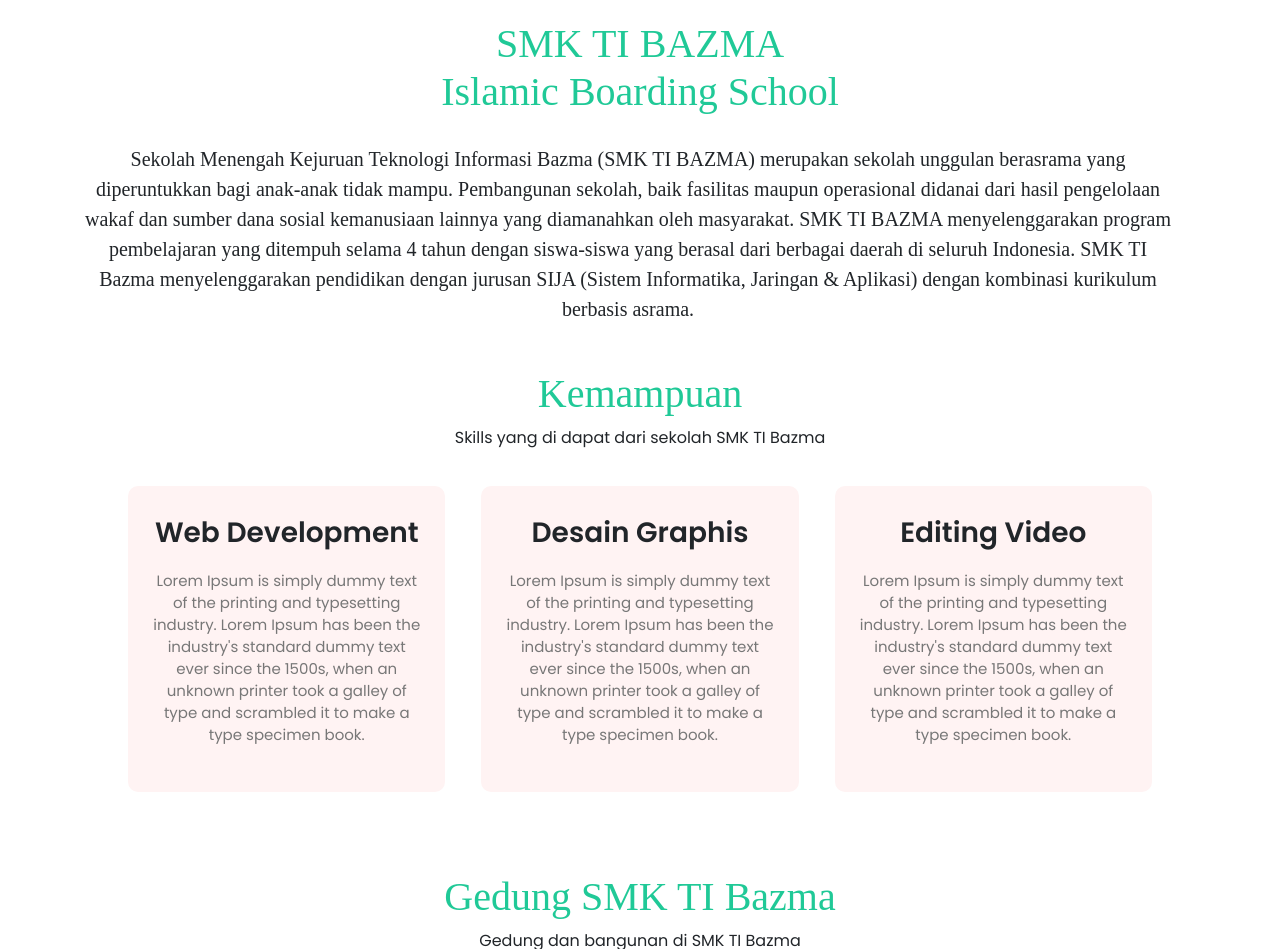
Repository: farhannurrahmat/Landing-Page-School
Page: index.html
An editor plug-in stored every save of this project. The page is shown before and after a run of saves, followed by the edit.
The browser window is 1280 px wide. The pictures show the part of the page from y = 720 to 1669 px (the page is 4174 px tall before and 4204 px after).
A picture or video elsewhere on the page could not be fetched, so the positions and the page height are approximate.

Above is the page before, as saved 2024-01-31 08:44:16.

### index.html
<!DOCTYPE html>
<html lang="en">

<head>

  <meta charset="UTF-8">
  <meta http-equiv="X-UA-Compatible" content="IE=edge">
  <meta name="viewport" content="width=device-width, initial-scale=1.0">
  <title>SMK TI BAZMA</title>
  <link rel="stylesheet" href="css/style.css">
  <link rel="stylesheet"
    href="https://cdn.jsdelivr.net/npm/@fortawesome/fontawesome-free@6.2.1/css/fontawesome.min.css">
  <link href="https://cdn.jsdelivr.net/npm/bootstrap@5.0.2/dist/css/bootstrap.min.css" rel="stylesheet"
    integrity="sha384-EVSTQN3/azprG1Anm3QDgpJLIm9Nao0Yz1ztcQTwFspd3yD65VohhpuuCOmLASjC" crossorigin="anonymous">
  <link rel="stylesheet" href="fontawesome-free-6.3.0-web/fontawesome-free-6.3.0-web/css/all.css">
  <link href="https://fonts.googleapis.com/css2?family=Poppins:wght@100;200;300;400;500;600;700;800;900&display=swap"
    rel="stylesheet">
  <link rel="stylesheet" type="text/css"
    href="https://cdnjs.cloudflare.com/ajax/libs/font-awesome/5.15.1/css/all.min.css" />

</head>

<body>
  <!-- Navbar -->
  <section class="header">
    <nav>
      <a href="index.html"><img src="img/Bazma.png"></a>
      <div class="nav-links" id="navLinks">
    </nav>

    <!-- Banner -->
    <div class="text-box">
      <h1>SMK TI BAZMA</h1>
      <p>Sekolah Cerdas, Jago IT, & Pinter Ngaji</p>
      <a href="/about.html" class="hero-btn">Selengkapnya</a>
    </div>
  </section>

  <!-- Deskripsi -->
  <div class="container text-center">
    <div class="row ">
      <div class="col">
        <h1>SMK TI BAZMA<br>Islamic Boarding School</h1>
      </div>
      <div class="row">
        <div class="col ">
          <p>Sekolah Menengah Kejuruan Teknologi Informasi Bazma (SMK TI BAZMA) merupakan sekolah unggulan berasrama
            yang diperuntukkan bagi anak-anak tidak mampu. Pembangunan sekolah, baik fasilitas maupun operasional
            didanai dari hasil pengelolaan wakaf dan sumber dana sosial kemanusiaan lainnya yang diamanahkan oleh
            masyarakat.

            SMK TI BAZMA menyelenggarakan program pembelajaran yang ditempuh selama 4 tahun dengan siswa-siswa yang
            berasal dari berbagai daerah di seluruh Indonesia. SMK TI Bazma menyelenggarakan pendidikan dengan jurusan
            SIJA (Sistem Informatika, Jaringan & Aplikasi) dengan kombinasi kurikulum berbasis asrama.</p>
        </div>
      </div>
    </div>
  </div>

  <!-- Postingan -->
  <section class="course">
    <h1>Kemampuan</h1>
    <p>Skills yang di dapat dari sekolah SMK TI Bazma</p>

    <div class="row1">
      <div class="course-col1">
        <h3>Web Development</h3>
        <p>Lorem Ipsum is simply dummy text of the printing and typesetting industry. Lorem Ipsum has been the
          industry's standard dummy text ever since the 1500s, when an unknown printer took a galley of type and
          scrambled it to make a type specimen book.</p>
      </div>

      <div class="course-col1">
        <h3>Desain Graphis</h3>
        <p>Lorem Ipsum is simply dummy text of the printing and typesetting industry. Lorem Ipsum has been the
          industry's standard dummy text ever since the 1500s, when an unknown printer took a galley of type and
          scrambled it to make a type specimen book.</p>
      </div>

      <div class="course-col1">
        <h3>Editing Video</h3>
        <p>Lorem Ipsum is simply dummy text of the printing and typesetting industry. Lorem Ipsum has been the
          industry's standard dummy text ever since the 1500s, when an unknown printer took a galley of type and
          scrambled it to make a type specimen book.</p>
      </div>
    </div>
  </section>

  <!-- Gedung -->
  <section class="campus">
    <h1>Gedung SMK TI Bazma</h1>
    <p>Gedung dan bangunan di SMK TI Bazma </p>

    <div class="row">
      <div class="col-sm-4">
        <div class="campus-col">
          <img src="./img/london.png">
          <div class="layer">
            <h3>Gedung 1</h3>
          </div>
        </div>
      </div>

      <div class="col-sm-4">
        <div class="campus-col">
          <img src="./img/newyork.png">
          <div class="layer">
            <h3>Gedung 2</h3>
          </div>
        </div>
      </div>

      <div class="col-sm-4">
        <div class="campus-col">
          <img src="./img/washington.png">
          <div class="layer">
            <h3>Gedung 3</h3>
          </div>
        </div>
      </div>

    </div>
  </section>

  <!--Fasilitas  -->
  <section class="fasilitas">
    <h1>Fasilitas Kami</h1>
    <p>Fasilitas yang ada di sekolah SMK TI Bazma</p>

    <div class="row">
      <div class="col-sm-4">
        <div class="fasilitas-col">
          <img src="./img/library.png">
          <h3>Ruangan Perpustakaan</h3>
          <p>Lorem Ipsum is simply dummy text of the printing and typesetting industry.</p>
        </div>
      </div>
      <div class="col-sm-4">
        <div class="fasilitas-col">
          <img src="./img/basketball.png">
          <h3>Ruangan Bermain</h3>
          <p>Lorem Ipsum is simply dummy text of the printing and typesetting industry.</p>
        </div>
      </div>
      <div class="col-sm-4">
        <div class="fasilitas-col">
          <img src="./img/cafeteria.png">
          <h3>Ruangan Makan/Kantin</h3>
          <p>Lorem Ipsum is simply dummy text of the printing and typesetting industry.</p>
        </div>
      </div>
    </div>

  </section>

  <!--Staff/tim-->
  <div class="container fluid pt-5 pb-5 bg-light">
    <div class="container text-center">
      <h2 class="Tim" id="staff">Tim kami</h2>
      <p>Tim Pembuat Website SMK TI Bazma V.2.0</p>
      <div class="row">

        <div class="col-md-3 text-center tim">
          <img src="./img/firman.png" class="rounded-circle mb-3">
          <h4>Firmansyah</h4>
          <p>Web Designer</p>
          <p>
            <a href="" class="social">
              <i class="fa-brands fa-twitter"></i>
            </a>
            <a href="" class="social">
              <i class="fa-brands fa-instagram"></i>
            </a>
            <a href="" class="social">
              <i class="fa-brands fa-facebook"></i>
            </a>
          </p>
        </div>

        <div class="col-md-3 tex-center tim">
          <img src="./img/farhan.png" class="rounded-circle mb-3">
          <h4>Farhan</h4>
          <p>Content Creator</p>
          <p>
            <a href="" class="social">
              <i class="fa-brands fa-twitter"></i>
            </a>
            <a href="" class="social">
              <i class="fa-brands fa-instagram"></i>
            </a>
            <a href="" class="social">
              <i class="fa-brands fa-facebook"></i>
            </a>
          </p>
        </div>

        <div class="col-md-3 tex-center tim">
          <img src="./img/hafiz.png" class="rounded-circle mb-3">
          <h4>Hafiz Al-fitrah</h4>
          <p>Web Designer</p>
          <p>
            <a href="" class="social">
              <i class="fa-brands fa-twitter"></i>
            </a>
            <a href="" class="social">
              <i class="fa-brands fa-instagram"></i>
            </a>
            <a href="" class="social">
              <i class="fa-brands fa-facebook"></i>
            </a>
          </p>
        </div>

        <div class="col-md-3 tex-center tim">
          <img src="./img/wahyuda.png" class="rounded-circle mb-3">
          <h4>Wahyuda</h4>
          <p>Content Creator</p>
          <p>
            <a href="" class="social">
              <i class="fa-brands fa-twitter"></i>
            </a>
            <a href="" class="social">
              <i class="fa-brands fa-instagram"></i>
            </a>
            <a href="" class="social">
              <i class="fa-brands fa-facebook"></i>
            </a>
          </p>
        </div>
      </div>

    </div>
  </div>

  <section class="cta">
    <h1>Inilah Sekolah SMK TI Bazma<br>yang melahirkan generasi hebat jago IT</h1>
    <a href="/kontak.html" class="hero-btn">Kontak Kami</a>
  </section>

  <!-- Footer -->
  <footer class="footer">
    <div class="container-footer">
      <div class="row-footer">
        <div class="footer-col">
          <h4>ABOUT THIS SCHOOL</h4>
          <ul>
            <li><a href="#">About us</a></li>
            <li><a href="#">Contact us</a></li>
            <li><a href="#">Blog</a></li>
            <li><a href="#">baituzzakah pertamina</a></li>
            <li><a href="#">Carrers</a></li>
          </ul>
        </div>
        <div class="footer-col">
          <h4>EDUCATION</h4>
          <ul>
            <li><a href="#">literature teacher</a></li>
            <li><a href="#">student</a></li>
            <li><a href="#">chef</a></li>
            <li><a href="#">IT teacher</a></li>
            <li><a href="#">math teacher</a></li>
            <li><a href="#">art teacher</a></li>
            <li><a href="#">internship theacher</a></li>
          </ul>
        </div>
        <div class="footer-col">
          <h4>GUIDE AND HELP</h4>
          <ul>
            <li><a href="#">Care</a></li>
            <li><a href="#">Privacy Policy</a></li>
            <li><a href="#">Terms and Condition</a></li>
            <li><a href="#">Mitra</a></li>
          </ul>
        </div>
        <div class="footer-col">
          <h4>FOLLOW US ON</h4>
          <div class="social-media">
            <a href="#"><i class="fab fa-facebook"></i></a>
            <a href="#"><i class="fab fa-instagram"></i></a>
            <a href="#"><i class="fab fa-twitter"></i></a>
            <a href="#"><i class="fab fa-youtube"></i></a>
          </div>
        </div>

      </div>
    </div>
  </footer>

  <div class="fixed-footer">
    <div class="container">2023 SMK TI BAZMA SCH.ID</div>
  </div>


  <!-- javascript for toggle menu -->
  <script>

    var navLinks = document.getElementById("navLinks");

    function showMenu() {
      navLinks.style.right = "0";
    }
    function hideMenu() {
      navLinks.style.right = "-200px";
    }


  </script>

  <script src="https://cdn.jsdelivr.net/npm/@popperjs/core@2.9.2/dist/umd/popper.min.js"
    integrity="sha384-IQsoLXl5PILFhosVNubq5LC7Qb9DXgDA9i+tQ8Zj3iwWAwPtgFTxbJ8NT4GN1R8p"
    crossorigin="anonymous"></script>
  <script src="https://cdn.jsdelivr.net/npm/bootstrap@5.0.2/dist/js/bootstrap.min.js"
    integrity="sha384-cVKIPhGWiC2Al4u+LWgxfKTRIcfu0JTxR+EQDz/bgldoEyl4H0zUF0QKbrJ0EcQF"
    crossorigin="anonymous"></script>
</body>

</html>

### css/style.css
* {
  margin: 0;
  padding: 0;
  font-family: 'Poppins', sans-serif;
  box-sizing: border-box;
  line-height: 1.5;
}

/* Banner */
.header {
  min-height: 100vh;
  width: 100%;
  background-image: linear-gradient(rgba(4, 9, 30, 0.7), rgba(4, 9, 30, 0.7)), url("../img/smk.jpg");
  background-position: center;
  background-size: cover;
  position: relative
}

/* Navbar */
nav {
  display: flex;
  padding: 2% 6%;
  justify-content: space-between;
  align-items: center;
}

nav img {
  width: 150px;
}

.text-box {
  width: 90%;
  color: #fff;
  position: absolute;
  top: 50%;
  left: 50%;
  transform: translate(-50%, -50%);
  text-align: center;
}

.text-box h1 {
  font-size: 75px;
  font-family: Phenomena;
  color: #fff;
}

.text-box p {
  margin: 10px 0 40px;
  font-size: 20px;
  color: #fff;
}

.hero-btn {
  display: inline-block;
  text-decoration: none;
  color: #fff;
  border: 1px solid #fff;
  padding: 12px 34px;
  font-size: 13px;
  background: transparent;
  position: relative;
  cursor: pointer;
  border-radius: 10px;
}

.hero-btn:hover {
  border: 1px solid #fff;
  background: #0d6efd;
  transition: 1s;
  color: #fff;
}

nav .fa {
  display: none;
}

/* Responsive Navbar */
@media(max-width: 700px) {
  .text-box h1 {
    font-size: 50px;
    font-family: Phenomena;
  }

  /* .nav-links ul li {
    display: block;
  }

  .nav-links {
    position: absolute;
    background: #0d6efd;
    height: 100vh;
    width: 200px;
    top: 0;
    right: -200px;
    text-align: left;
    z-index: 2;
    transition: 1s;
  }

  nav .fa {
    display: block;
    color: #fff;
    margin: 10px;
    font-size: 22px;
    cursor: pointer;
  }

  .nav-links ul {
    padding: 30px;
  } */

}

/* Deskripsi */
.row {
  padding-top: 20px;
}

h1 {
  font-family: Phenomena;
  color: #20c997;
  font-weight: 600;
  font-size: 70px;
}

.col p {
  font-family: Futura Bk BT;
  font-weight: 400;
  font-size: 20px;
}

/* Responsive Deskripsi */
@media(max-width: 700px) {
  h1 {
    font-family: Phenomena;
    color: #20c997;
    font-weight: 600;
    font-size: 30px;
  }

  .col p {
    font-weight: 400;
    font-size: 15px;
  }
}

/* Tim */
.tim img {
  width: 250px;
  border: 10px solid #cccccc;
}

a.social {
  display: inline-block;
  width: 40px;
  height: 40px;
  color: #fff;
  border-radius: 50%;
  background-color: #333;
  line-height: 40px;
}

.Tim {
  font-size: 50px;
  font-family: Phenomena;
  font-weight: 500;
  color: #20c997;
}

/*----- Postingan -----*/
.course {
  width: 80%;
  margin: auto;
  text-align: center;
  padding-top: 30px;
}

.course-col1 p {
  color: #777;
  font-size: 15px;
  font-weight: 400;
  line-height: 22px;
  padding: 10px;
}

.row1 {
  padding-top: 20px;
  display: flex;
  justify-content: space-between;
}

.course-col1 {
  flex-basis: 31%;
  background: #fff3f3;
  border-radius: 10px;
  margin-bottom: 5%;
  padding: 20px 12px;
  box-sizing: border-box;
  transition: 0.5s;
}

.course-col1 h3 {
  text-align: center;
  font-weight: 600;
  margin: 10px 0;
}

.course-col1:hover {
  box-shadow: 0 0 20px 0px rgba(0, 0, 0, 0.2);
}

/* Responsive Postingan */
@media(max-width: 700px) {
  .row1 {
    flex-direction: column;
  }
}

/* Gedung */
.campus {
  width: 80%;
  margin: auto;
  text-align: center;
  padding-top: 30px;
}

.campus-col {
  flex-basis: 33%;
  margin-bottom: 30px;
  position: relative;
  overflow: hidden;
  border-radius: 10px;
}

.campus-col img {
  width: 100%;
  display: block;
  border-radius: 10px;
}

.layer {
  background: transparent;
  height: 100%;
  width: 100%;
  position: absolute;
  top: 0;
  left: 0;
  transition: 0.5s;
}

.layer:hover {
  background: rgba(226, 0, 0, 0.7);
}

.layer h3 {
  width: 100%;
  font-weight: 500;
  color: #fff;
  font-size: 26px;
  bottom: 0;
  left: 0;
  transform: translateX(-50x);
  position: absolute;
  opacity: 0;
  transition: 0.5s;
}

.layer:hover h3 {
  bottom: 49%;
  opacity: 1;
}

/* Fasilitas */
.fasilitas {
  width: 80%;
  margin: auto;
  text-align: center;
  padding-top: 30px;
  display: block;
}

.fasilitas-col {
  flex-basis: 33.3%;
  border-radius: 10px;
  margin-bottom: 5%;
  text-align: left;
}

.fasilitas-col img {
  width: 100%;
  border-radius: 10px;
}

.fasilitas-col p {
  padding: 0;
  font-size: 12px;
}

.fasilitas-col h3 {
  margin-top: 16px;
  margin-bottom: 15px;
  text-align: left;
  font-size: medium;
}

/* call to action */
.cta {
  margin: 100px auto;
  width: 90%;
  background-image: linear-gradient(rgba(0, 0, 0, 0.7), rgba(0, 0, 0, 0.7)), url("../img/banner2.jpg");
  background-position: center;
  background-size: cover;
  border-radius: 10px;
  text-align: center;
  padding: 100px 0;
}

.cta h1 {
  color: #fff;
  margin-bottom: 40px;
  padding: 0;
}

/* Responsive call to action */
@media(max-width: 700px) {
  .cta h1 {
    font-size: medium;
  }
}

/* Footer */
.container-footer {
  max-width: 1170px;
  margin: auto;
}

.row-footer {
  display: flex;
  flex-wrap: wrap;
}

.footer-col ul {
  list-style: none;
}

.footer {
  background-color: rgba(27, 27, 27, 1);
  padding: 70px 0;
}

.footer-col {
  width: 25%;
  padding: 0 15px;
}

.footer-col h4 {
  font-size: 18px;
  color: rgba(255, 255, 255, 1);
  text-transform: capitalize;
  margin-bottom: 35px;
  font-weight: 500;
  position: relative;
}

.footer-col h4::before {
  content: "";
  position: absolute;
  left: 0;
  bottom: -10px;
  background-color: #0d6efd;
  height: 2px;
  box-sizing: border-box;
  width: 50px;
}

.footer-col ul li:not(:last-child) {
  margin-bottom: 10px;
}

.footer-col ul li a {
  font-size: 16px;
  text-transform: capitalize;
  color: rgba(255, 255, 255, 1);
  text-decoration: none;
  font-weight: 300;
  color: #bbbbbb;
  display: block;
  transition: all 0.3s ease;
}

.footer-col ul li a:hover {
  color: #0d6efd;
  padding-left: 8px;
}

.footer-col .social-media a {
  display: inline-block;
  height: 40px;
  width: 40px;
  background-color: rgba(255, 255, 255, 0.2);
  margin: 0 10px 10px 0;
  text-align: center;
  line-height: 40px;
  border-radius: 50%;
  color: rgba(255, 255, 255, 0.5);
  margin: 0 10px 10px 0;
  transition: all 0.5s ease;
}

.footer-col .social-media a:hover {
  color: rgba(80, 82, 243, 0.8);
  background-color: rgba(236, 236, 236, 0.8);
}

.fixed-footer {
  width: 100%;
  position: relative;
  background: #333;
  margin: 0 10px 10px 0;
  padding: 10px 0;
  color: rgba(255, 255, 255, 1);
  text-align: center;
}

.fixed-footer {
  bottom: 0;
}

/* responsive Footer*/
@media (max-width: 767px) {
  .footer-col {
    width: 50%;
    margin-bottom: 30px;
  }
}

@media (max-width: 574px) {
  .footer-col {
    width: 100%;
  }
}

After the next 2 saves:
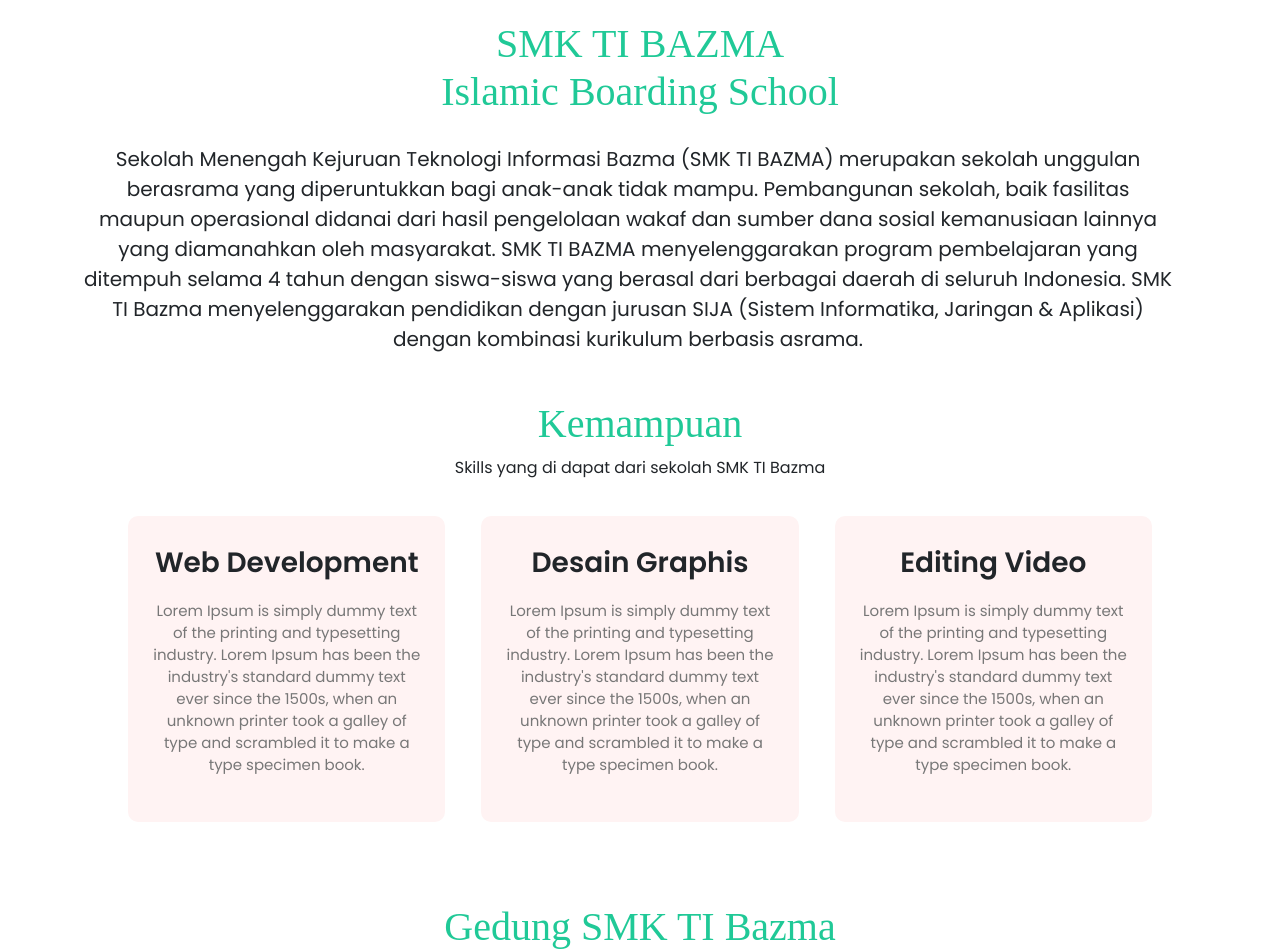
The 2 saves are shown as one change because they came seconds apart.
The last was saved 9 s later.
--- a/css/style.css
+++ b/css/style.css
@@ -118,13 +118,13 @@ nav .fa {
 
 h1 {
   font-family: Phenomena;
+
   color: #20c997;
   font-weight: 600;
   font-size: 70px;
 }
 
 .col p {
-  font-family: Futura Bk BT;
   font-weight: 400;
   font-size: 20px;
 }
